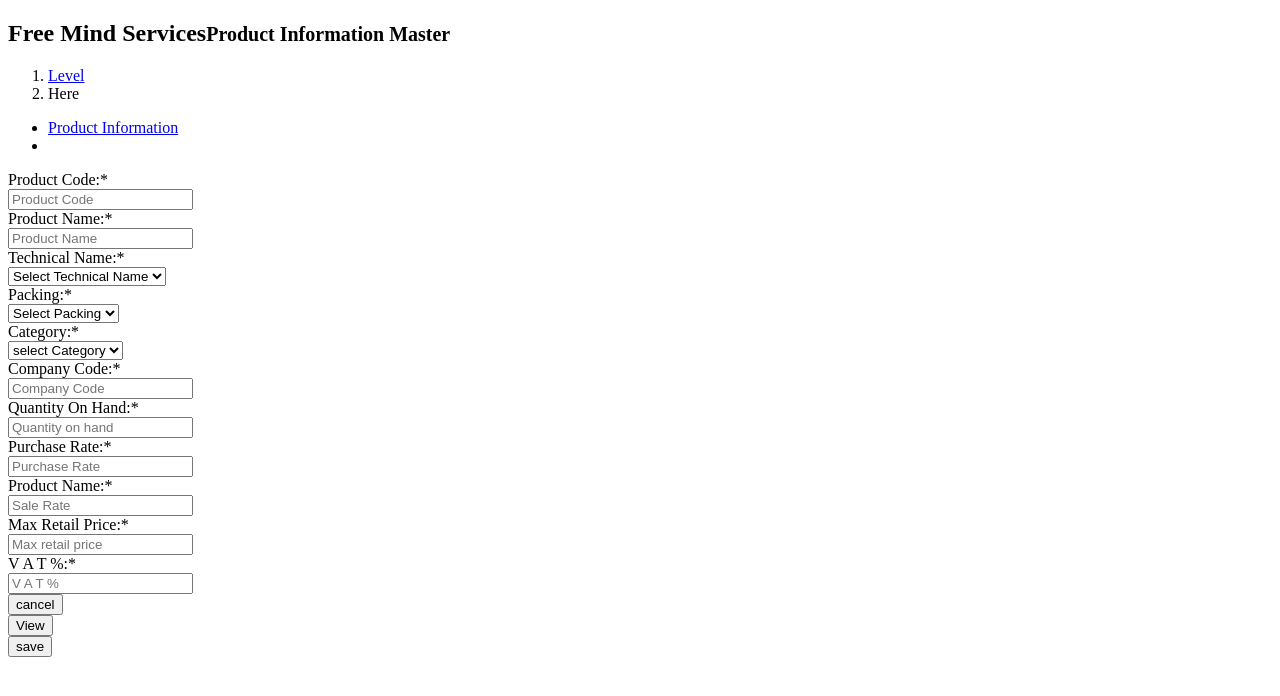
Repository: saiagro/saiagro
Page: http://localhost/AksharaWork/WEB-INF/views/productInformationMaster.jsp
An editor plug-in stored every save of this project. The page is shown before and after the next save, followed by the edit.
The browser window is 1280 px wide. The pictures show the whole page.
The page is served by Tomcat 9. Nobody is signed in. The template is opened directly, without the code that normally fills it, so the values that code supplies are empty.

Above is the page before, as saved 2016-12-29 17:01:51.

After the next save:
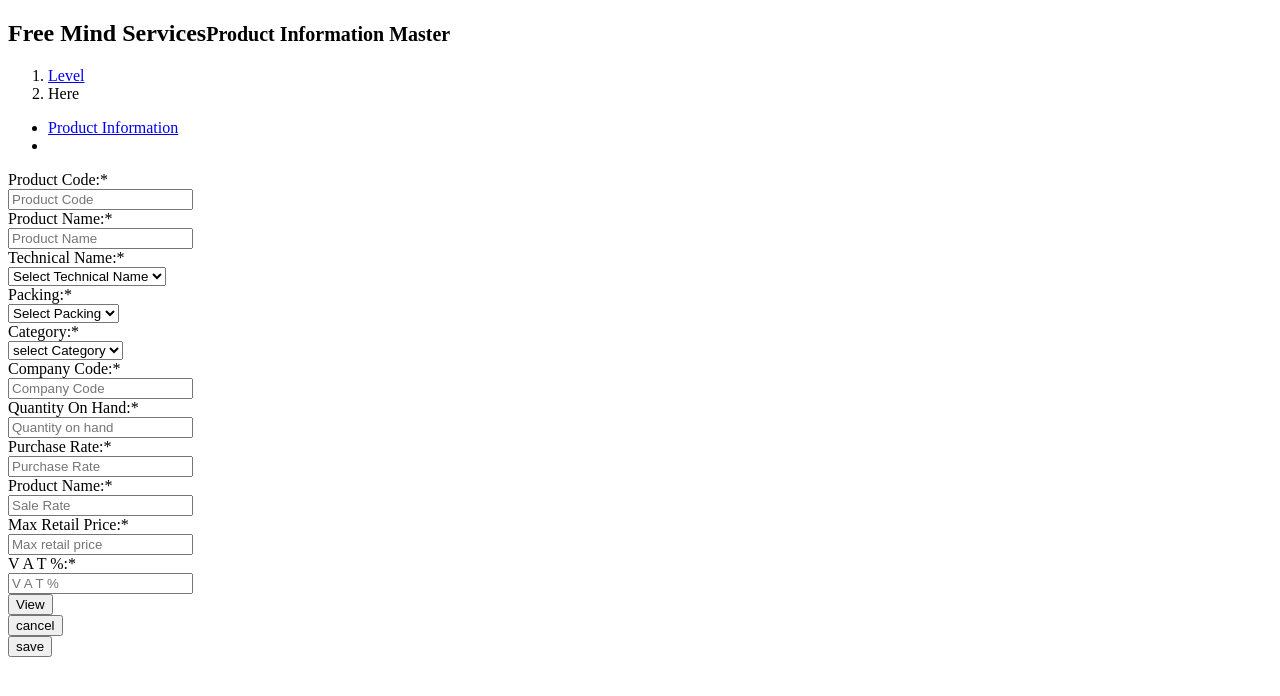
Saved 30 s later.
--- a/AksharaWork/WebContent/WEB-INF/views/productInformationMaster.jsp
+++ b/AksharaWork/WebContent/WEB-INF/views/productInformationMaster.jsp
@@ -111,10 +111,10 @@
                   </div>
                   <div class="form-group">
                     <div class="col-sm-4">
-                      <input type="reset" class="btn btn-danger pull-right" value="cancel">
+                      <button type="submit" formmethod="post" formaction="productList.html" class="btn btn-success">View</button>
                     </div>
                     <div class="col-sm-2">
-                      <button type="submit" formmethod="post" formaction="productList.html" class="btn btn-success">View</button>
+                      <input type="reset" class="btn btn-danger pull-right" value="cancel">
                     </div>
                     <div class="col-sm-2">
                       <input type="submit" class="btn btn-primary" value="save">
